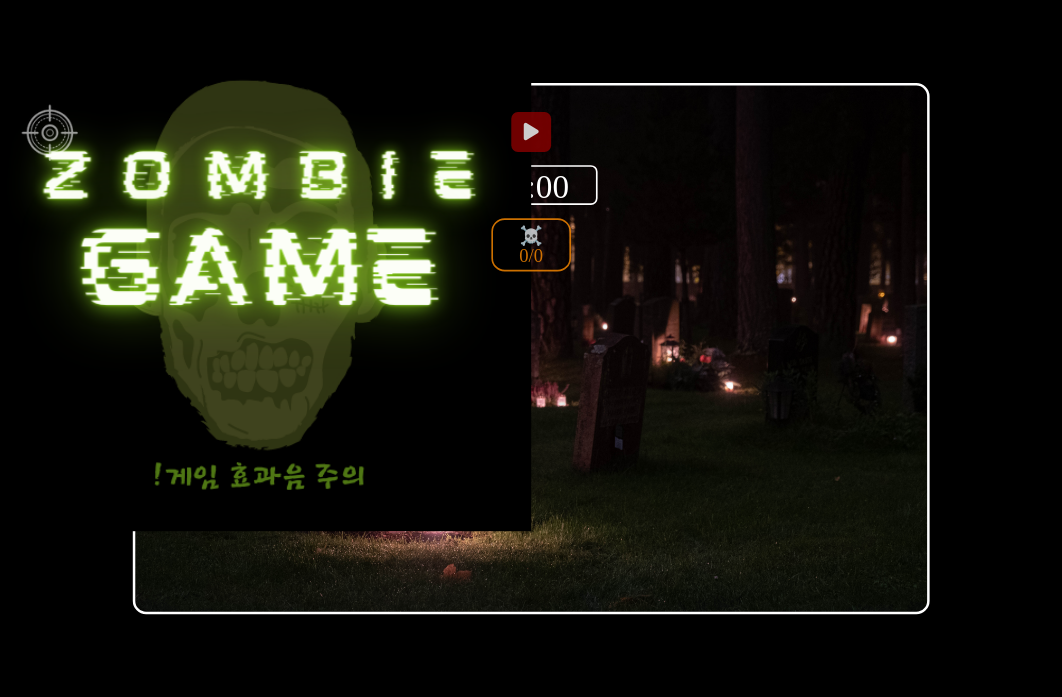
Repository: MrJinkyu/ZombieGame
Page: index.html
An editor plug-in stored every save of this project. The page is shown before and after the next save, followed by the edit.
The browser window is 1280 px wide. The pictures show the whole page, at 83% of full size.
Some web libraries are served in a nearby version.

Above is the page before, as saved 2023-04-10 20:05:30.

After the next save:
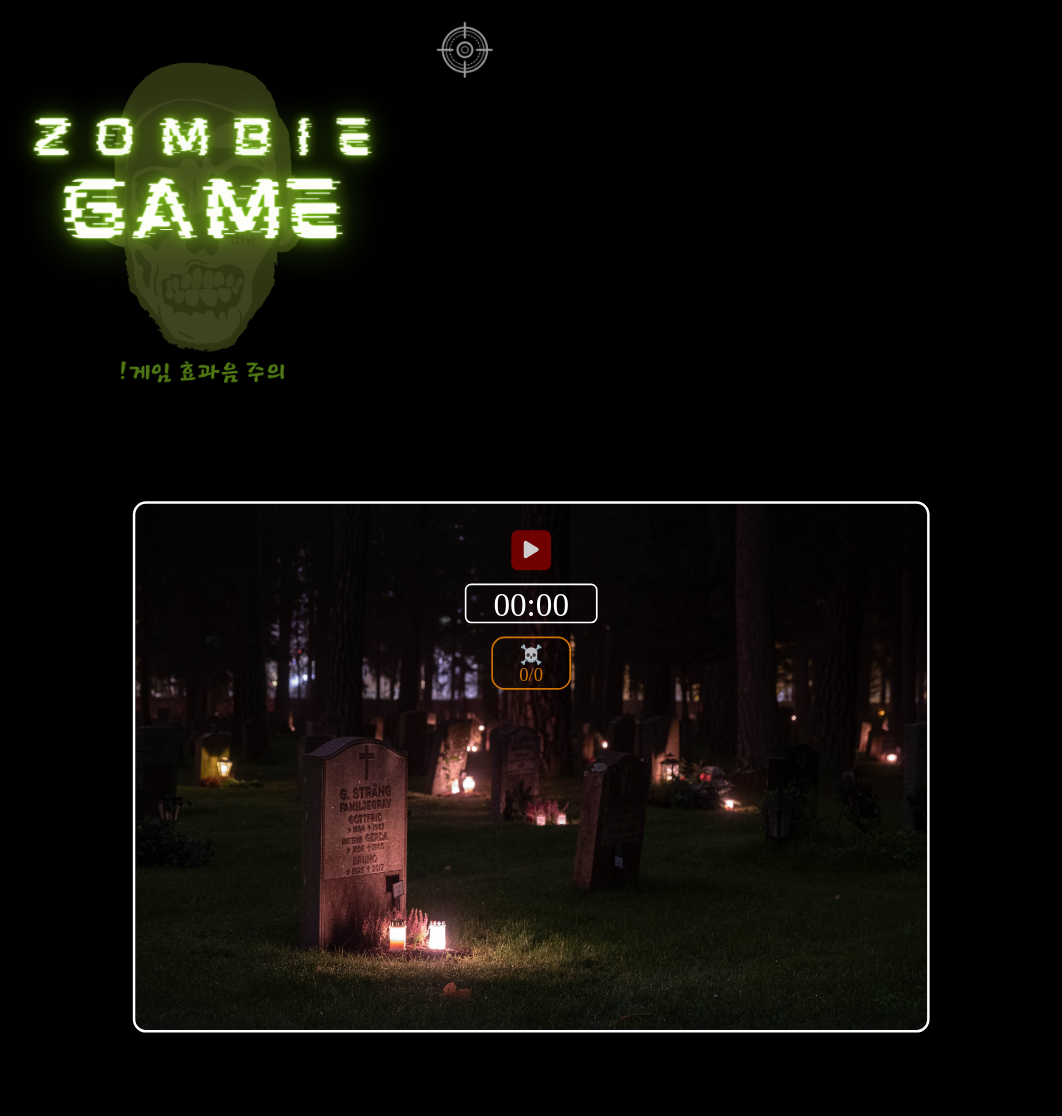
Saved 4 s later.
--- a/style.css
+++ b/style.css
@@ -19,13 +19,13 @@
     overflow: hidden;
 }
 
-.game-poster{
+/* .game-poster{
     position: absolute;
     top: 0;
     text-align: center;
     width: 40rem;
     height: 40rem;
-}
+} */
 
 .game__target{
     position: absolute;
